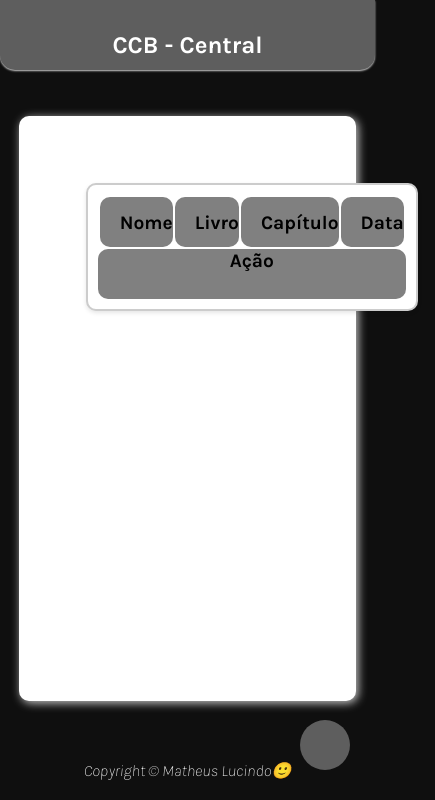
Repository: Matheus904-12/API-da-CCB
Page: index.html
An editor plug-in stored every save of this project. The page is shown before and after the next save, followed by the edit.
The browser window is 375 px wide. The page is 435 px wide, then 415 px, so the pictures cover 435 px, including what lies to the right of the window. The pictures show the whole page.

Above is the page before, as saved 2024-01-14 01:31:11.

### index.html
<!DOCTYPE html>
<html lang="pt-BR">

<head>
    <meta charset="UTF-8">
    <meta http-equiv="X-UA-Compatible" content="IE=edge">
    <meta name="viewport" content="width=device-width, initial-scale=1.0">
    <link rel="preconnect" href="https://fonts.gstatic.com">
    <link href="https://fonts.googleapis.com/css2?family=Karla:ital,wght@0,400;0,700;1,200;1,800&display=swap"
        rel="stylesheet">
    <link rel="stylesheet" href="principal.css">
    <link rel="stylesheet" href="botao.css">
    <link rel="stylesheet" href="registros.css">
    <link rel="stylesheet" href="modal.css">
    <link rel="stylesheet" href="chat.css">
    <script src="script.js" defer></script>
    <title>CCB - Central</title>
</head>

<body>
    <header>

        <h1 class="header-title">CCB - Central</h1>
    </header>
    <br>
    <br>
    <br>
    <br>
    <main>
        <button type="button" class="button blue mobile" id="cadastrarCliente">Adicionar Recitativo</button>
        <table id="tableClient" class="records">
            <thead>
                <tr>
                    <th>Nome</th>
                    <th>Livro</th>
                    <th>Capítulo</th>
                    <th>Data</th>
                    <th>Ação</th>
                </tr>
            </thead>
            <tbody>

            </tbody>
        </table>
        <div class="modal" id="modal">
            <div class="modal-content">
                <header class="modal-header">
                    <h2>Recitativo</h2>
                    <span class="modal-close" id="modalClose">&#10006;</span>
                </header>
                <form id="form" class="modal-form">


                    <input type="text" id="nome" data-index="new" class="modal-field" placeholder="Nome"
                        required>

                    <input type="text" id="livro" class="modal-field" placeholder="Livro" required>

                    <input type="number" id="capitulo" class="modal-field" placeholder="Capítulo" required>

                    <input type="number" id="versiculo" class="modal-field" placeholder="Versículo" required>

                    <input type="date" id="data" class="modal-field" placeholder="Data" required>

                    <label for="auxiliar">Auxiliar</label>
                        <select id="auxiliar" class="modal-field">
                            <option value="none">Nenhum</option>
                            <option value="aline">Aline Gomes Santos</option>
                            <option value="alfredo">Alfredo Bruske Schuster</option>
                            <option value="alef">Alef Vinicius</option>
                            <option value="jose">José Victor Zeller Gonçalves</option>
                            <option value="jonas">Jonas Amorim Lopes da Silva</option>
                            <option value="loraine">Loraine de Assis Souza</option>
                            <option value="natalia">Natália de Sena Marques</option>
                        </select>


                </form>
                <footer class="modal-footer">
                    <button id="salvar" class="button green">Salvar</button>
                    <button id="cancelar" class="button blue">Cancelar</button>
                </footer>
            </div>
        </div>
    </main>
    <footer>
        Copyright &copy; Matheus Lucindo🙂
    </footer>
</body>

</html>

### principal.css
*{
    padding: 0;
    margin: 0;
    box-sizing: border-box;
}

:root{
    --primary-color: #5e5e5e;
    --secundary-color: #bdbd00;
    --shadow-color: #CCC;
    --text-color: #FFF;
}

body{
    min-height: 100vh;
    display: flex;
    flex-direction: column;
    font-family: 'karla', sans-serif;
    position:relative;
    background-color: #0f0f0f;
}

header{
    background-color: var(--primary-color);
    height: 70px;
    text-align: center;
    line-height: 70px;
    box-shadow: 0 1px 2px var(--shadow-color);
    border-radius: 0px 0px 15px 15px;
}

.header-title{
    color: white;
    font-size: 2rem;
}

main{
    flex-grow: 1;
    display: flex;
    flex-direction: column;
    align-items: flex-start;
    width: 90%;
    margin: 5vh auto;
    padding: 50px;
    box-shadow: 2px 2px 10px var(--shadow-color);
    gap: 20px;
    border-radius: 10px;
    background-color: #ffffff;
}

main, th {
}

footer{
    width:100;
    text-align: center;
    font-weight: 200;
    font-style: italic;
    padding: 20px;
    color: white;
}

### botao.css
.button{
    border-style: none;
    height: 40px;
    padding: 6px 12px;
    background-color: black;
    color: white;
    font-size: 1rem;
    cursor: pointer;
    transition: box-shadow .6s ease;
    border-radius: 10px;
}

.button.blue{
    background-color: #bdbd00;
}

button.green{
    background-color: #13CE66;
}

button.red{
    background-color: #FF4949;
}

.button:hover{
    box-shadow: inset 200px 0 0 #00000055;
}

/* Estilização da barra de rolagem */
::-webkit-scrollbar {
    width: 12px; /* Largura da barra de rolagem */
    border-radius: 10px;
}

::-webkit-scrollbar-thumb {
    background-color: #dbc834; /* Cor do polegar da barra de rolagem */
    border-radius: 100px; /* Borda do polegar da barra de rolagem */
}

::-webkit-scrollbar-track {
    display: none;
}

::-webkit-scrollbar-thumb:hover {
    background-color: #bdbd00; /* Cor do polegar da barra de rolagem ao passar o mouse sobre ele */
}

### registros.css
.records{
    width: 100%;
    user-select: none;
    text-align: left;
}

.records th{
    height: 50px;
    background-color:gray;
    padding-left: 20px;
    font-size: 1.2rem;
    border-radius: 10px;
}
.records td{
    height: 50px;
    padding-left: 20px;
    border-radius: 10px;
}

.records th:last-child,
.records td:last-child{
    padding: 0;
    min-width: 140px;
    text-align: center;
}

.records tr:hover{
    background-color: var(--secundary-color);
}

.records tr {
    border-radius: 10px;
}

### modal.css
.modal{
    position: fixed;
    top:0;
    left:0;
    width: 100%;
    height: 100%;
    background: #00000090;
    opacity: 0;
    z-index: -1;
}

.modal.active{
    opacity: 1;
    z-index: 1;
}

.modal-content{
    display: flex;
    flex-direction: column;
    gap:20px;
    width: 50vw;
    margin: 15vh auto;
    padding-bottom: 20px;
    background-color: white;
    box-shadow: 1px 1px 10px black;
    border-radius: 15px;
}

.modal-header{
    display: flex;
    position: relative;
    justify-content: center;
    height: 40px;
    line-height: 40px;
    font-size: 1rem;
    border-radius: 10px;
}

.modal-header, #h2 {
    color: white
}

.modal-close{
    position: absolute;
    right: 0;
    display: block;
    width: 40px;
    height: 40px;
    text-align: center;
    user-select: none;
    cursor: pointer;
    border-radius: 10px;
}

.modal-close:hover{
    background-color: #FF4949;
    color: white;
}

.modal-form{
    display: flex;
    justify-content: space-between;
    flex-wrap: wrap;
    gap: 20px;
    padding: 0 20px;
}

.modal-field{
    width: calc(50% - 10px);
    height: 40px;
    outline-style: none;
    border-style: none;
    box-shadow: 0 0 2px black;
    padding: 0 10px;
    font-size:1rem;
    border-radius: 10px;
}

.modal-field:focus{
    border: 2px solid var(--primary-color);
    box-shadow: 0 0 3px var(--primary-color);
}


.modal-footer{
    background-color: inherit;
    text-align: right;
    padding: 0 20px;
}

### chat.css
@media (max-width: 480px) {
    header {
        position: fixed;
        width: 100%;
        background-color: var(--primary-color);
        z-index: 1000;
    }

    .header-title {
        font-size: 1.5rem;
        color: white;
        padding: 10px;
        text-align: center;
    }

    .button.mobile {
        font-size: 0;
        width: 50px;
        height: 50px;
        border-radius: 50%;
        position: fixed;
        top: 90vh;
        left: 80vw;
        background-color: var(--primary-color);
        border: none;
        display: flex;
        align-items: center;
        justify-content: center;
        z-index: 1001;
    }

    .button.mobile img {
        width: 60%;
        height: 60%;
        filter: invert(1);
    }

    .records th.mobile,
    .records td.mobile {
        display: none;
    }

    .records tr {
        border-radius: 10px;
        display: block;
        margin-bottom: 20px;
        border: 2px solid #ccc;
        background-color: white;
        box-shadow: 0 2px 4px rgba(0, 0, 0, 0.1);
        padding: 10px;
        margin: 15px;
    }

    .records td {
        display: flex;
        flex-wrap: wrap;
        justify-content: space-between;
        margin: 10px 0;
    }

    .records th:last-child,
    .records td:last-child {
        padding: 0;
        min-width: 140px;
        text-align: center;
        display: block;
        margin: 0 auto;
    }

    .modal {
        top: 100%;
        transition: all 1s ease;
        background-color: rgba(0, 0, 0, 0.5);
        display: flex;
        align-items: center;
        justify-content: center;
    }

    .modal.active {
        top: 0;
    }

    .modal-content {
        margin: 0;
        width: 90%;
        max-width: 400px;
        background-color: white;
        box-shadow: 0 2px 4px rgba(0, 0, 0, 0.1);
        border-radius: 10px;
        padding: 20px;
        position: relative;
    }

    .modal-field {
        width: 100%;
        margin-bottom: 15px;
        padding: 10px;
        border: 1px solid #ccc;
        border-radius: 5px;
        box-sizing: border-box;
    }
}

### script.js
'use strict'

const openModal = () => document.getElementById('modal')
    .classList.add('active')

const closeModal = () => {
    clearFields()
    document.getElementById('modal').classList.remove('active')
}


const getLocalStorage = () => JSON.parse(localStorage.getItem('db_client')) ?? []
const setLocalStorage = (dbClient) => localStorage.setItem("db_client", JSON.stringify(dbClient))

// CRUD - create read update delete
const deleteClient = (index) => {
    const dbClient = readClient()
    dbClient.splice(index, 1)
    setLocalStorage(dbClient)
}

const updateClient = (index, client) => {
    const dbClient = readClient()
    dbClient[index] = client
    setLocalStorage(dbClient)
}

const readClient = () => getLocalStorage()

const createClient = (client) => {
    const dbClient = getLocalStorage()
    dbClient.push (client)
    setLocalStorage(dbClient)
}

const isValidFields = () => {
    return document.getElementById('form').reportValidity()
}

//Interação com o layout

const clearFields = () => {
    const fields = document.querySelectorAll('.modal-field')
    fields.forEach(field => field.value = "")
    document.getElementById('nome').dataset.index = 'new'
    document.querySelector(".modal-header>h2").textContent  = 'Novo Versículo'
}

const saveClient = () => {
    if (isValidFields()) {
        const client = {
            auxiliar: document.getElementById('auxiliar').value,
            nome: document.getElementById('nome').value,
            livro: document.getElementById('livro').value,
            capitulo: document.getElementById('capitulo').value,
            versiculo: document.getElementById('versiculo').value,
            data: document.getElementById('data').value
        }
        const index = document.getElementById('nome').dataset.index;
        if (index == 'new') {
            createClient(client);
            updateTable();
            closeModal();
        } else {
            updateClient(index, client);
            updateTable();
            closeModal();
        }
    }
}

const createRow = (client, index) => {
    const newRow = document.createElement('tr')
    newRow.innerHTML = `

        <td>${client.nome}</td>
        <td>${client.livro}</td>
        <td>${client.capitulo}</td>
        <td>${client.data}</td>
        <td>
            <button type="button" class="button green" id="edit-${index}">Editar</button>
            <button type="button" class="button red" id="delete-${index}" >Excluir</button>
        </td>
    `
    document.querySelector('#tableClient>tbody').appendChild(newRow)
}

const clearTable = () => {
    const rows = document.querySelectorAll('#tableClient>tbody tr')
    rows.forEach(row => row.parentNode.removeChild(row))
}

const updateTable = () => {
    const dbClient = readClient()
    clearTable()
    dbClient.forEach(createRow)
}

const fillFields = (client) => {
    document.getElementById('auxiliar').value = client.auxiliar
    document.getElementById('nome').value = client.nome
    document.getElementById('livro').value = client.livro
    document.getElementById('capitulo').value = client.capitulo
    document.getElementById('versiculo').value = client.versiculo
    document.getElementById('data').value = client.data
    document.getElementById('nome').dataset.index = client.index
}

const editClient = (index) => {
    const client = readClient()[index]
    client.index = index
    fillFields(client)
    document.querySelector(".modal-header>h2").textContent  = `Editando ${client.nome}`
    openModal()
}

const editDelete = (event) => {
    if (event.target.type == 'button') {

        const [action, index] = event.target.id.split('-')

        if (action == 'edit') {
            editClient(index)
        } else {
            const client = readClient()[index]
            const response = confirm(`Deseja realmente excluir o cliente ${client.nome}`)
            if (response) {
                deleteClient(index)
                updateTable()
            }
        }
    }
}

updateTable()

// Eventos
document.getElementById('cadastrarCliente')
    .addEventListener('click', openModal)

document.getElementById('modalClose')
    .addEventListener('click', closeModal)

document.getElementById('salvar')
    .addEventListener('click', saveClient)

document.querySelector('#tableClient>tbody')
    .addEventListener('click', editDelete)

document.getElementById('cancelar')
    .addEventListener('click', closeModal)

After the next save:
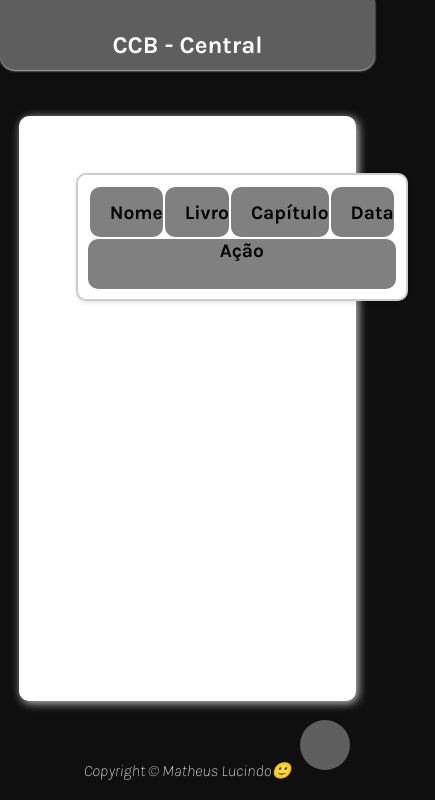
Saved 5 s later.
--- a/chat.css
+++ b/chat.css
@@ -48,7 +48,7 @@
         background-color: white;
         box-shadow: 0 2px 4px rgba(0, 0, 0, 0.1);
         padding: 10px;
-        margin: 15px;
+        margin: 5px;
     }
 
     .records td {
